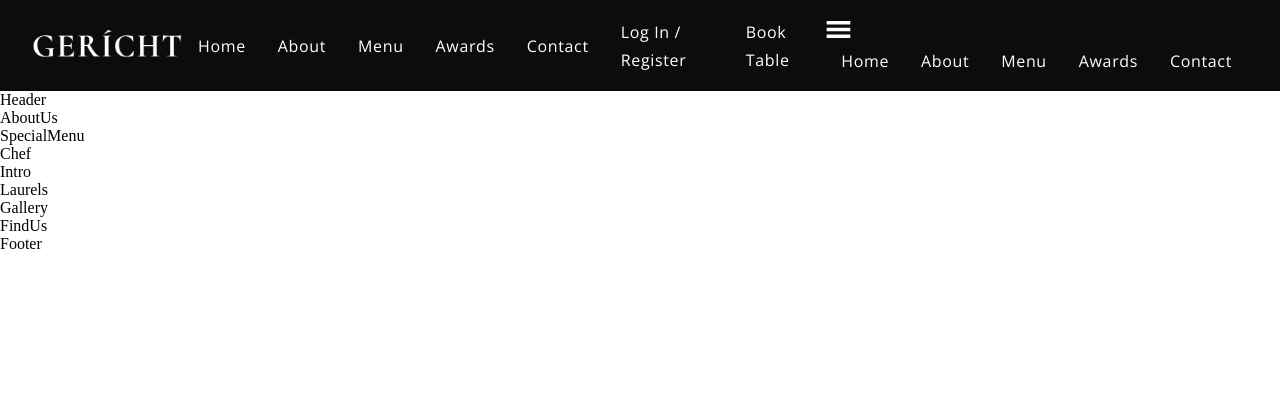
Repository: Isanderr/react-restaurant-page
Page: /
These files come from the project's save history. The page is drawn as it stood at one moment and after the next save; the edit follows.
The browser window is 1280 px wide. The pictures show the whole page.
Some web fonts or font styles are not loaded; a fallback is used. The project was rebuilt for these pictures with package versions that can differ from the ones it lists, and the page was loaded fresh each time. Also part of the build but not shown: src/components/SubHeading/SubHeading.jsx, src/components/Footer/Newsletter.jsx, src/components/Footer/FooterOverlay.jsx, src/components/Menuitem/MenuItem.jsx.

Above is the page before, as saved 2022-05-21 14:41:23.

After the next save:
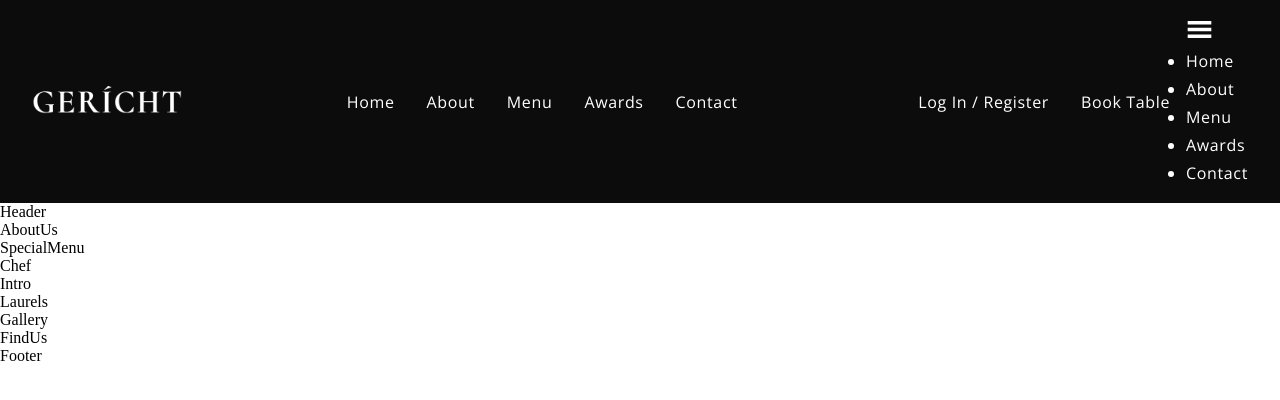
Saved 35 s later.
--- a/src/components/Navbar/Navbar.jsx
+++ b/src/components/Navbar/Navbar.jsx
@@ -25,7 +25,7 @@ const Navbar = () => (
     </div>
     <div className="app__navbar-smallscreen">
       <GiHamburgerMenu color="#fff" fontSize={27} onClick={() => { }} />
-      <ul className="app__navbar-links">
+      <ul className="app__navbar-smallscreen-links">
       <li className="p__opensans"><a href="#home">Home</a></li>
       <li className="p__opensans"><a href="#about">About</a></li>
       <li className="p__opensans"><a href="#menu">Menu</a></li>
